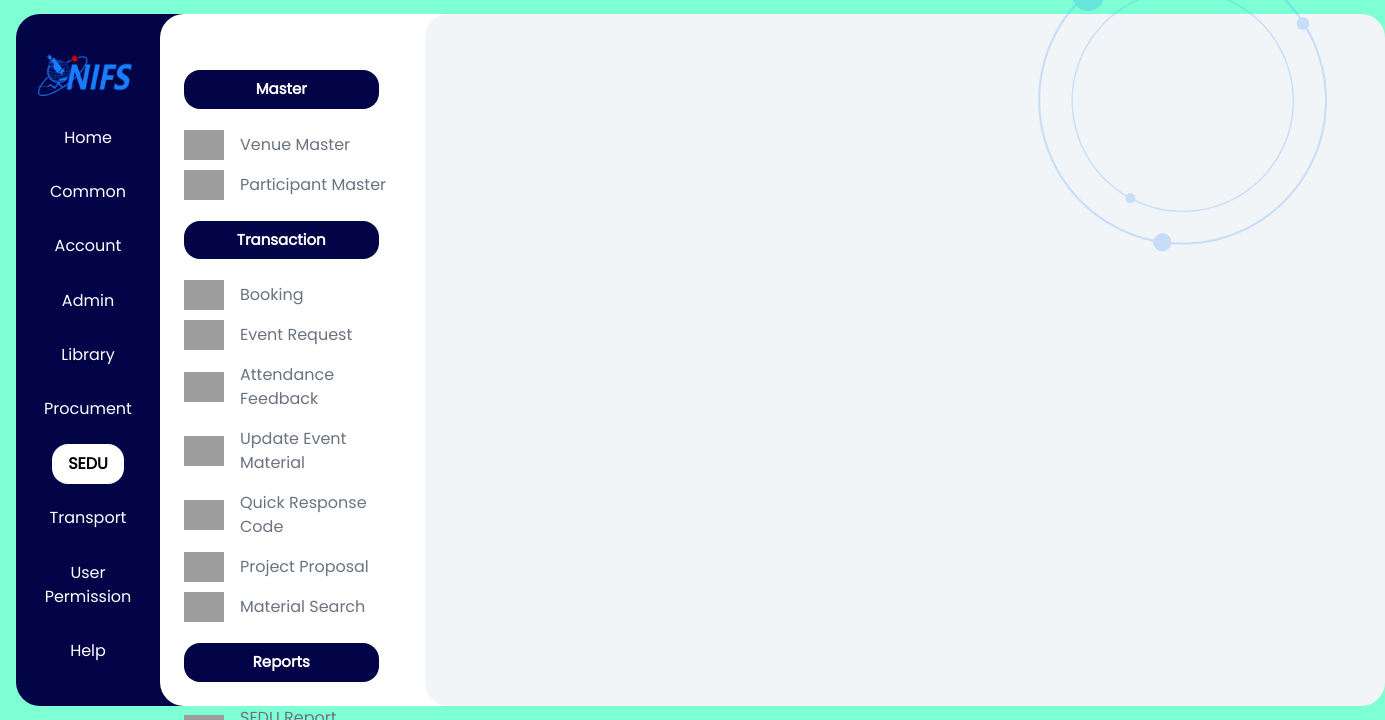
Repository: virangaj/NIFS-WebApp
Page: /sedu (app in client/)
The author's editor kept a copy of each file at every save. The page is drawn from the files as they stood at one save, then again after the next save.
The browser window is 1280 px wide. The page is 1385 px wide, so the pictures cover 1385 px, including what lies to the right of the window. The pictures show the whole page.
Pictures or frames that could not be fetched are drawn as grey boxes. The project was rebuilt for these pictures with package versions that can differ from the ones it lists, and the page was loaded fresh each time. Also part of the build but not shown: client/src/pages/Login.tsx, client/src/pages/Home.tsx, client/src/components/Transport/shared/TransportNavbar.js, client/src/pages/TransportMainPage.tsx, client/src/pages/CommonMainPage.tsx, client/src/pages/AccountMainPage.tsx, client/src/pages/AdminMainPage.tsx, client/src/pages/LibraryMainPage.js and 15 more.

Above is the page before, as saved 2022-07-31 02:57:15.

After the next save:
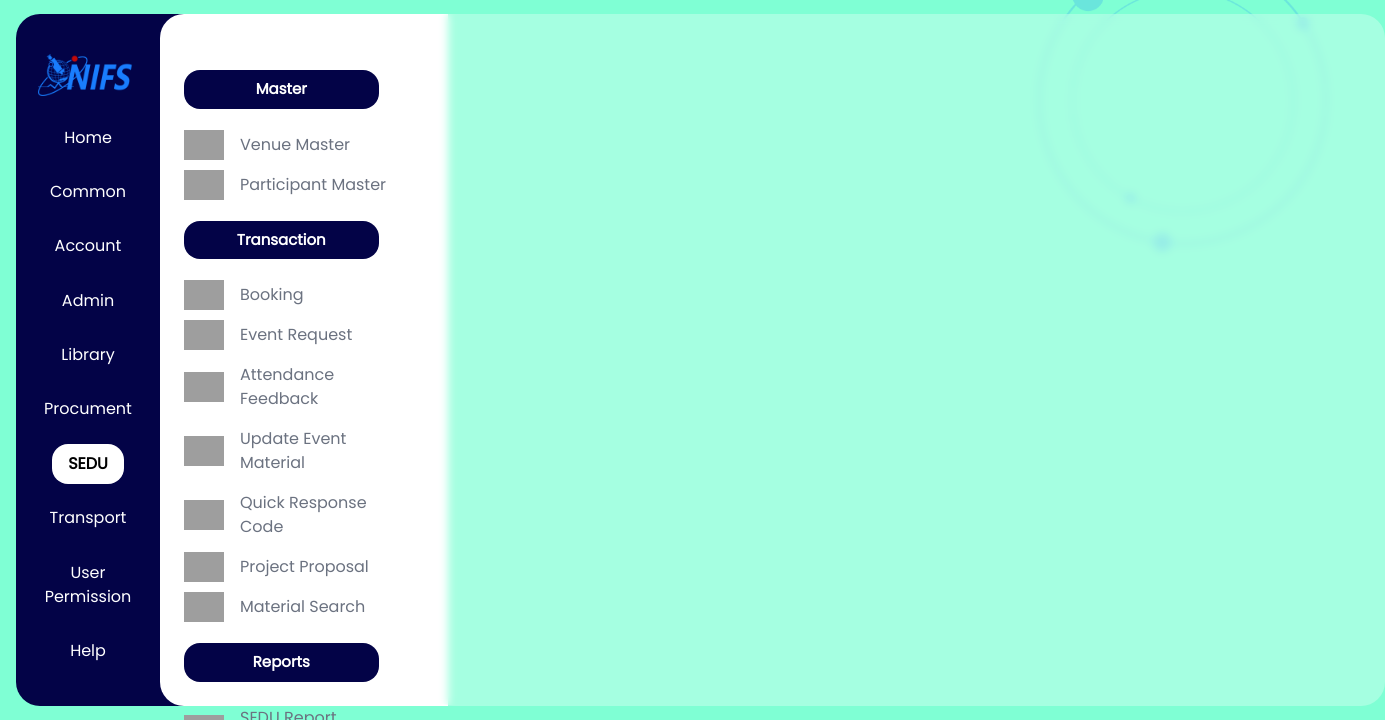
Saved 63 s later.
--- a/client/src/pages/SeduMainPage.tsx
+++ b/client/src/pages/SeduMainPage.tsx
@@ -34,11 +34,11 @@ function SeduMainPage() {
 			<div className='secondary-nav-position'>
 				<VerticalSecondaryNavbar pages={Pages} />
 			</div>
+			<div className='fixed w-[400px] top-[-100px] right-[-100px]'>
+				<img src={Dots} alt="Dots" />
+			</div>
+			<div className='absolute left-[425px] top-[2vh] bg-body-content-bg rounded-3xl overflow-y-scroll pl-10 pt-8 pr-4 pb-4 custom-scroll backdrop-blur-sm bg-white/30'>
 
-			<div className='absolute left-[425px] top-[2vh] bg-body-content-bg rounded-3xl overflow-y-scroll pl-10 pt-8 pr-4 pb-4 custom-scroll'>
-				<div className='fixed w-[400px] top-[-100px] right-[-100px]'>
-					<img src={Dots} alt="Dots" />
-				</div>
 				<Routes>
 					<Route path="/venue-master" element={<VenueMaster />} />
 					<Route path="/participant-master" element={<ParticipantMaster />} />
